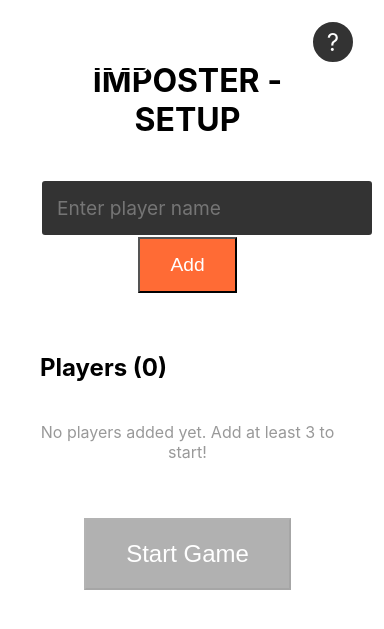
Repository: nfemmanuel/game-night-app
Page: /imposter-setup
The author's editor kept a copy of each file at every save. The page is drawn from the files as they stood at one save, then again after the next save.
The browser window is 375 px wide. The page is 384 px wide, then 375 px, so the pictures cover 384 px, including what lies to the right of the window. The pictures show the whole page.
The project was rebuilt for these pictures with package versions that can differ from the ones it lists, and the page was loaded fresh each time. Also part of the build but not shown: src/components/GameCard.module.css, src/components/GameCard.jsx, src/pages/LandingPage.jsx, src/data/wordList.js, src/pages/ImposterReveal.jsx, src/pages/ImposterVoting.jsx.

Above is the page before, as saved 2025-12-31 18:09:11.

### public/index.html
<!DOCTYPE html>
<html lang="en">
  <head>
    <meta charset="utf-8" />
    <link rel="icon" href="%PUBLIC_URL%/favicon.ico" />
    <link rel="preconnect" href="https://fonts.googleapis.com">
    <link rel="preconnect" href="https://fonts.gstatic.com" crossorigin>
    <link href="https://fonts.googleapis.com/css2?family=Montserrat:wght@400;600;700&display=swap" rel="stylesheet">
    <meta name="viewport" content="width=device-width, initial-scale=1" />
    <meta name="theme-color" content="#000000" />
    <meta
      name="description"
      content="Web site created using create-react-app"
    />
    <link rel="apple-touch-icon" href="%PUBLIC_URL%/logo192.png" />
    <!--
      manifest.json provides metadata used when your web app is installed on a
      user's mobile device or desktop. See https://developers.google.com/web/fundamentals/web-app-manifest/
    -->
    <link rel="manifest" href="%PUBLIC_URL%/manifest.json" />
    <!--
      Notice the use of %PUBLIC_URL% in the tags above.
      It will be replaced with the URL of the `public` folder during the build.
      Only files inside the `public` folder can be referenced from the HTML.

      Unlike "/favicon.ico" or "favicon.ico", "%PUBLIC_URL%/favicon.ico" will
      work correctly both with client-side routing and a non-root public URL.
      Learn how to configure a non-root public URL by running `npm run build`.
    -->
    <title>React App</title>
  </head>
  <body>
    <noscript>You need to enable JavaScript to run this app.</noscript>
    <div id="root"></div>
    <!--
      This HTML file is a template.
      If you open it directly in the browser, you will see an empty page.

      You can add webfonts, meta tags, or analytics to this file.
      The build step will place the bundled scripts into the <body> tag.

      To begin the development, run `npm start` or `yarn start`.
      To create a production bundle, use `npm run build` or `yarn build`.
    -->
  </body>
</html>

### src/App.js
import { BrowserRouter, Routes, Route } from 'react-router-dom';
import './styles/global.css';
import LandingPage from './pages/LandingPage';
import ImposterSetup from './pages/ImposterSetup';
import ImposterReveal from './pages/ImposterReveal';
import ImposterVoting from './pages/ImposterVoting';

function App() {
  return (
    <BrowserRouter>
      <Routes>
        <Route path="/" element={<LandingPage />} />
        <Route path="/imposter-setup" element={<ImposterSetup />} />
        <Route path="/imposter-reveal" element={<ImposterReveal />} />
        <Route path="/imposter-voting" element={<ImposterVoting />} />
      </Routes>
    </BrowserRouter>
  );
}

export default App;

### src/pages/ImposterSetup.jsx
import { useState } from 'react';
import BackButton from '../components/BackButton';
import HelpButton from '../components/HelpButton';
import { useNavigate, useLocation } from 'react-router-dom';

function ImposterSetup() {
    const navigate = useNavigate();
    const location = useLocation();

    // Keep player list if coming back from game
    const [playerName, setPlayerName] = useState('');
    const [players, setPlayers] = useState(location.state?.players || []);

    const addPlayer = () => {
        if (playerName.trim() && !players.includes(playerName.trim())) {
            setPlayers([...players, playerName.trim()]);
            setPlayerName('');
        }
    };

    const removePlayer = (indexToRemove) => {
        setPlayers(players.filter((_, index) => index !== indexToRemove));
    };

    const movePlayerUp = (index) => {
        if (index === 0) return;
        const newPlayers = [...players];
        [newPlayers[index - 1], newPlayers[index]] = [newPlayers[index], newPlayers[index - 1]];
        setPlayers(newPlayers);
    };

    const movePlayerDown = (index) => {
        if (index === players.length - 1) return;
        const newPlayers = [...players];
        [newPlayers[index], newPlayers[index + 1]] = [newPlayers[index + 1], newPlayers[index]];
        setPlayers(newPlayers);
    };

    const resetPlayers = () => {
        setPlayers([]);
    };

    const handleKeyPress = (e) => {
        if (e.key === 'Enter') {
            addPlayer();
        }
    };

    const startGame = () => {
        navigate('/imposter-reveal', {
            state: { players }
        });
    };

    return (
        <div style={{ padding: '40px', textAlign: 'center', maxWidth: '600px', margin: '0 auto' }}>
            <BackButton to="/" />
            <HelpButton />
            <h1>IMPOSTER - SETUP</h1>

            <div style={{ marginTop: '40px' }}>
                <input
                    type="text"
                    value={playerName}
                    onChange={(e) => setPlayerName(e.target.value)}
                    onKeyPress={handleKeyPress}
                    placeholder="Enter player name"
                    style={{
                        padding: '15px',
                        fontSize: '1.2rem',
                        borderRadius: '5px',
                        border: '2px solid white',
                        width: '300px',
                        marginRight: '10px',
                        fontFamily: 'inherit',
                        backgroundColor: '#333',
                        color: 'white'
                    }}
                />
                <button
                    onClick={addPlayer}
                    style={{
                        padding: '15px 30px',
                        fontSize: '1.2rem',
                        backgroundColor: '#FF6B35',
                        color: 'white'
                    }}
                >
                    Add
                </button>
            </div>

            <div style={{ marginTop: '40px' }}>
                <div style={{ display: 'flex', justifyContent: 'space-between', alignItems: 'center', marginBottom: '20px' }}>
                    <h2>Players ({players.length})</h2>
                    {players.length > 0 && (
                        <button
                            onClick={resetPlayers}
                            style={{
                                padding: '10px 20px',
                                fontSize: '1rem',
                                backgroundColor: '#E74C3C',
                                color: 'white',
                                cursor: 'pointer'
                            }}
                        >
                            Reset All
                        </button>
                    )}
                </div>

                {players.length === 0 ? (
                    <p style={{ color: '#999' }}>No players added yet. Add at least 3 to start!</p>
                ) : (
                    <ul style={{ listStyle: 'none', padding: 0 }}>
                        {players.map((player, index) => (
                            <li key={index} style={{
                                fontSize: '1.3rem',
                                margin: '15px 0',
                                display: 'flex',
                                alignItems: 'center',
                                justifyContent: 'space-between',
                                backgroundColor: '#333',
                                padding: '10px 20px',
                                borderRadius: '10px'
                            }}>
                                <span>{index + 1}. {player}</span>
                                <div>
                                    <button
                                        onClick={() => movePlayerUp(index)}
                                        disabled={index === 0}
                                        style={{
                                            padding: '5px 15px',
                                            marginRight: '5px',
                                            backgroundColor: index === 0 ? '#555' : '#4A90E2',
                                            color: 'white',
                                            cursor: index === 0 ? 'not-allowed' : 'pointer',
                                            border: 'none',
                                            borderRadius: '5px'
                                        }}
                                    >
                                        ▲
                                    </button>
                                    <button
                                        onClick={() => movePlayerDown(index)}
                                        disabled={index === players.length - 1}
                                        style={{
                                            padding: '5px 15px',
                                            marginRight: '5px',
                                            backgroundColor: index === players.length - 1 ? '#555' : '#4A90E2',
                                            color: 'white',
                                            cursor: index === players.length - 1 ? 'not-allowed' : 'pointer',
                                            border: 'none',
                                            borderRadius: '5px'
                                        }}
                                    >
                                        ▼
                                    </button>
                                    <button
                                        onClick={() => removePlayer(index)}
                                        style={{
                                            padding: '5px 15px',
                                            backgroundColor: '#E74C3C',
                                            color: 'white',
                                            cursor: 'pointer',
                                            border: 'none',
                                            borderRadius: '5px'
                                        }}
                                    >
                                        ✕
                                    </button>
                                </div>
                            </li>
                        ))}
                    </ul>
                )}
            </div>

            <button
                onClick={startGame}
                disabled={players.length < 3}
                style={{
                    marginTop: '40px',
                    padding: '20px 40px',
                    fontSize: '1.5rem',
                    backgroundColor: players.length >= 3 ? '#4CAF50' : '#666',
                    color: 'white',
                    cursor: players.length >= 3 ? 'pointer' : 'not-allowed',
                    opacity: players.length >= 3 ? 1 : 0.5
                }}
            >
                Start Game
            </button>
        </div>
    );
}

export default ImposterSetup;

### src/components/HelpButton.jsx
import { useState } from 'react';

function HelpButton() {
    const [showHelp, setShowHelp] = useState(false);

    return (
        <div
            style={{
                position: 'fixed',
                top: '20px',
                right: '20px',
                zIndex: 1000
            }}
            onMouseEnter={() => setShowHelp(true)}
            onMouseLeave={() => setShowHelp(false)}
        >
            <div
                style={{
                    width: '40px',
                    height: '40px',
                    borderRadius: '50%',
                    border: '2px solid white',
                    color: 'white',
                    fontSize: '1.5rem',
                    display: 'flex',
                    alignItems: 'center',
                    justifyContent: 'center',
                    cursor: 'pointer',
                    backgroundColor: '#333'
                }}
            >
                ?
            </div>

            {showHelp && (
                <div
                    style={{
                        position: 'absolute',
                        top: '50px',
                        right: '0',
                        backgroundColor: '#222',
                        border: '2px solid white',
                        borderRadius: '10px',
                        padding: '20px',
                        width: '300px',
                        textAlign: 'left',
                        fontSize: '0.9rem',
                        lineHeight: '1.5'
                    }}
                >
                    <h3 style={{ marginTop: 0, marginBottom: '10px', fontSize: '1.1rem' }}>
                        How to Play Imposter
                    </h3>
                    <ol style={{ paddingLeft: '20px', margin: 0 }}>
                        <li>Add 3+ player names</li>
                        <li>One random player is secretly the imposter</li>
                        <li>Everyone else sees the same secret word</li>
                        <li>Pass the phone around - each player holds the card to see their word</li>
                        <li>The imposter sees "You're the imposter. Shh!"</li>
                        <li>After everyone has seen their card, discuss and guess who the imposter is</li>
                        <li>Vote for the imposter or skip to reveal</li>
                    </ol>
                </div>
            )}
        </div>
    );
}

export default HelpButton;

### src/components/BackButton.jsx
import { useNavigate } from 'react-router-dom';

function BackButton({ to = '/' }) {
    const navigate = useNavigate();

    return (
        <button
            onClick={() => navigate(to)}
            style={{
                position: 'fixed',
                top: '20px',
                left: '20px',
                padding: '10px 20px',
                fontSize: '1.5rem',
                backgroundColor: 'transparent',
                border: '2px solid white',
                color: 'white',
                cursor: 'pointer',
                borderRadius: '5px',
                zIndex: 1000
            }}
        >
            ← Back
        </button>
    );
}

export default BackButton;

### src/styles/global.css
.card {
    width: 225px;
    height: 330px;
    padding: 30px;
    margin: 10px;
    border-radius: 20px;
    border: 10px solid white;
    text-align: center;
    transition: all 0.3s ease;
    display: flex;
    flex-direction: column;
    justify-content: center;
}

.available {
    color: white;
    cursor: pointer;
}

.available:hover {
    transform: scale(1.05);
}

.disabled {
    background-color: #666;
    color: white;
    cursor: not-allowed;
    opacity: 0.5;
}

.orange {
    background-color: #FF6B35;
}

.orange:hover {
    box-shadow: 0 0 20px rgba(255, 107, 53, 0.6);
}

.blue {
    background-color: #4A90E2;
}

.blue:hover {
    box-shadow: 0 0 20px rgba(74, 144, 226, 0.6);
}

/* Mobile: smaller cards */
@media (max-width: 768px) {
    .card {
        width: 160px;
        height: 240px;
        padding: 20px;
        margin: 8px;
        border: 6px solid white;
    }
}

@media (max-width: 480px) {
    .card {
        width: 140px;
        height: 210px;
        padding: 15px;
        margin: 5px;
        border: 5px solid white;
    }

    .card h1 {
        font-size: 1.3rem;
    }

    .card p {
        font-size: 0.9rem;
    }
}

Loaded but not shown: src/index.js (common file); src/index.css (common file); src/reportWebVitals.js (common file)

After the next save:
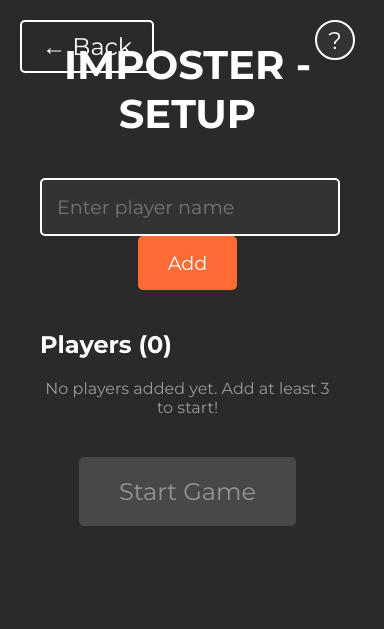
Saved 34 s later.
--- a/src/styles/global.css
+++ b/src/styles/global.css
@@ -1,74 +1,39 @@
-.card {
-    width: 225px;
-    height: 330px;
-    padding: 30px;
-    margin: 10px;
-    border-radius: 20px;
-    border: 10px solid white;
-    text-align: center;
-    transition: all 0.3s ease;
-    display: flex;
-    flex-direction: column;
-    justify-content: center;
+* {
+    margin: 0;
+    padding: 0;
+    box-sizing: border-box;
 }
 
-.available {
+body {
+    font-family: 'Montserrat', 'Helvetica Neue', 'Arial', sans-serif;
+    background-color: rgb(42, 42, 42);
     color: white;
-    cursor: pointer;
+    overflow: hidden;
 }
 
-.available:hover {
-    transform: scale(1.05);
+button {
+    cursor: pointer;
+    border: none;
+    border-radius: 5px;
+    font-family: inherit;
+    font-size: 1rem;
+    padding: 10px 20px;
 }
 
-.disabled {
-    background-color: #666;
-    color: white;
-    cursor: not-allowed;
-    opacity: 0.5;
-}
+/* Mobile adjustments only - won't affect desktop */
+@media (max-width: 768px) {
+    body {
+        overflow-y: auto;
+    }
 
-.orange {
-    background-color: #FF6B35;
-}
-
-.orange:hover {
-    box-shadow: 0 0 20px rgba(255, 107, 53, 0.6);
-}
-
-.blue {
-    background-color: #4A90E2;
-}
-
-.blue:hover {
-    box-shadow: 0 0 20px rgba(74, 144, 226, 0.6);
-}
-
-/* Mobile: smaller cards */
-@media (max-width: 768px) {
-    .card {
-        width: 160px;
-        height: 240px;
-        padding: 20px;
-        margin: 8px;
-        border: 6px solid white;
+    /* Make large headings smaller on mobile */
+    h1 {
+        font-size: 3rem !important;
     }
 }
 
 @media (max-width: 480px) {
-    .card {
-        width: 140px;
-        height: 210px;
-        padding: 15px;
-        margin: 5px;
-        border: 5px solid white;
-    }
-
-    .card h1 {
-        font-size: 1.3rem;
-    }
-
-    .card p {
-        font-size: 0.9rem;
+    h1 {
+        font-size: 2.5rem !important;
     }
 }
